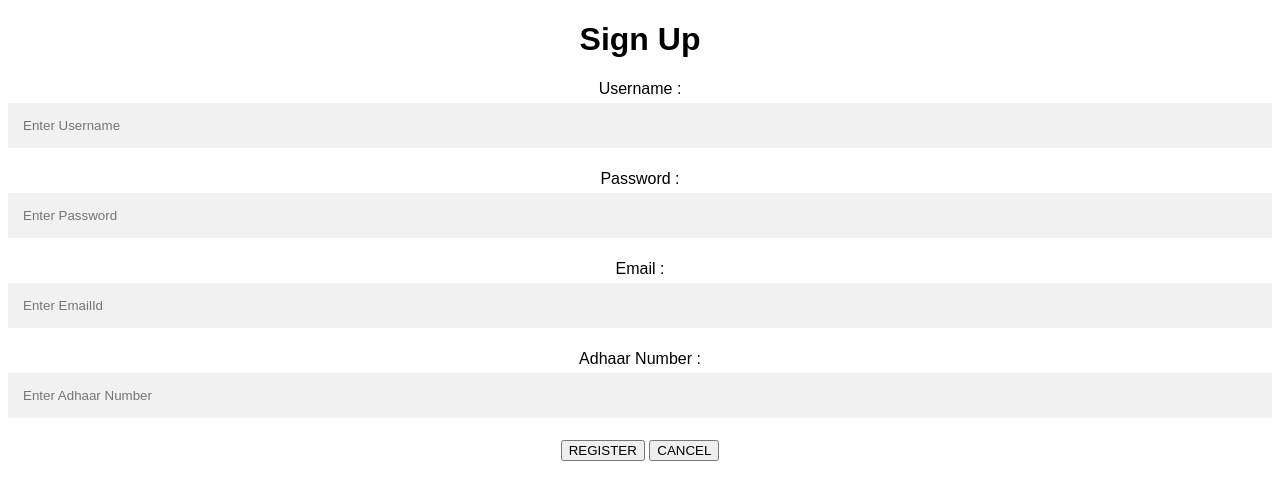
Repository: jchowdapurkar/Java-Project
Page: http://localhost/Registration/registration.jsp
These files come from the project's save history. The page is drawn as it stood at one moment and after the next save; the edit follows.
The browser window is 1280 px wide. The pictures show the whole page.
The page is served by Tomcat 9. Other server files are loaded and not shown.

Above is the page before, as saved 2018-07-16 18:19:19.

### Task Jsp/Registration/WebContent/registration.jsp
<%@ page language="java" contentType="text/html; charset=ISO-8859-1"
    pageEncoding="ISO-8859-1"%>
<!DOCTYPE html PUBLIC "-//W3C//DTD HTML 4.01 Transitional//EN" "http://www.w3.org/TR/html4/loose.dtd">
<html>
<style>
body {font-family: Arial, Helvetica, sans-serif;}
* {box-sizing: border-box}

/* Full-width input fields */
input[type=text], input[type=password],input[type=email] {
    width: 100%;
    padding: 15px;
    margin: 5px 0 22px 0;
    display: inline-block;
    border: none;
    background: #f1f1f1;
}


input[type=text]:focus, input[type=password]:focus, input[type=email]:focus {
    background-color: #ffff;
    outline: none;
}

hr {
    border: 1px solid #f1f1f1;
    margin-bottom: 25px;
}

/* Set a style for all buttons */
button {
    background-color: yellow;
    color: white;
    padding: 14px 20px;
    margin: 8px 0;
    border: none;
    cursor: pointer;
    width: 10%;
    opacity: 0.9;
}

button:hover {
    opacity:0.5;
}

/* Extra styles for the cancel button */
.cancelbtn {
    padding: 14px 20px;
    background-color: #f44336;
}

/* Float cancel and signup buttons and add an equal width */
.cancelbtn, .signupbtn {
  float: left;
  width: 50%;
}

// Add padding to container elements //
.container {
    padding: 16px;
}

/* Clear floats */
.clearfix::after {
    content: "";
    clear: both;
    display: table;
}

/* Change styles for cancel button and signup button on extra small screens */
@media screen and (max-width: 50px) {
    .cancelbtn, .signupbtn {
       width: 10%;
    }
}
</style>
<head>
<meta http-equiv="Content-Type" content="text/html; charset=ISO-8859-1">
<title>Sign Up</title>
</head>
<body>
<div align="center">
<form action = "Registration" method ="post">
<h1>Sign Up</h1>
Username : <input type ="text" placeholder = "Enter Username" name = "username" required="required">
Password : <input type ="password" placeholder = "Enter Password" name = "password"  required="required">
Email : <input type ="Email" placeholder = "Enter EmailId" name = "email" required="required">
Adhaar Number : <input type ="text" placeholder = "Enter Adhaar Number" name="adhaar"  required ="required">
<input type = "submit" value = "REGISTER">
<input type = "submit" value = "CANCEL">



</form>
</div>

</body>
</html>

After the next save:
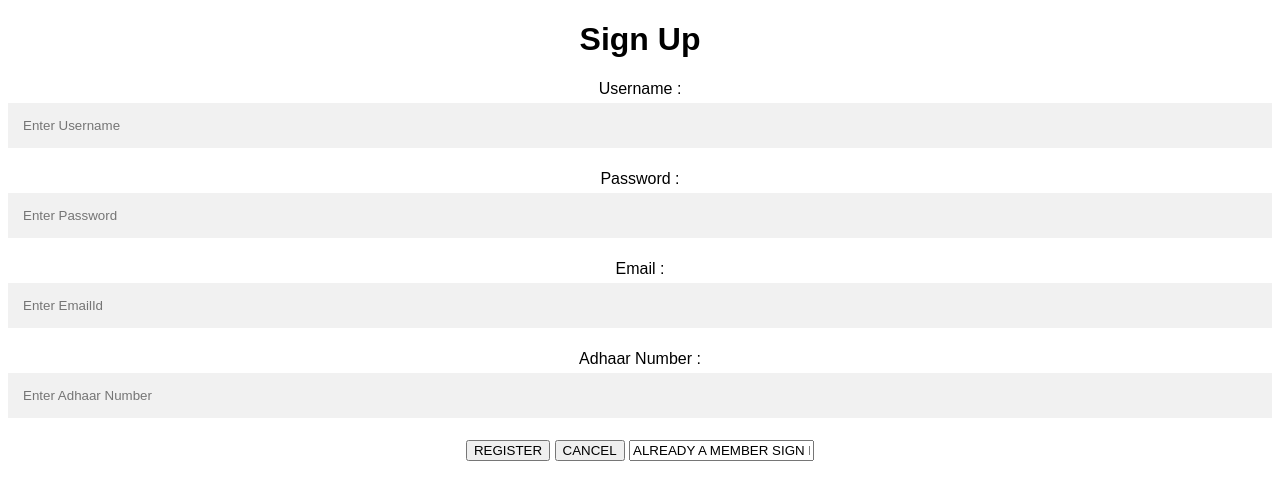
Saved 70 s later.
--- a/Task Jsp/Registration/WebContent/registration.jsp
+++ b/Task Jsp/Registration/WebContent/registration.jsp
@@ -88,7 +88,7 @@ Email : <input type ="Email" placeholder = "Enter EmailId" name = "email" requir
 Adhaar Number : <input type ="text" placeholder = "Enter Adhaar Number" name="adhaar"  required ="required">
 <input type = "submit" value = "REGISTER">
 <input type = "submit" value = "CANCEL">
-
+<input type = "link" value = "ALREADY A MEMBER SIGN IN">
 
 
 </form>
